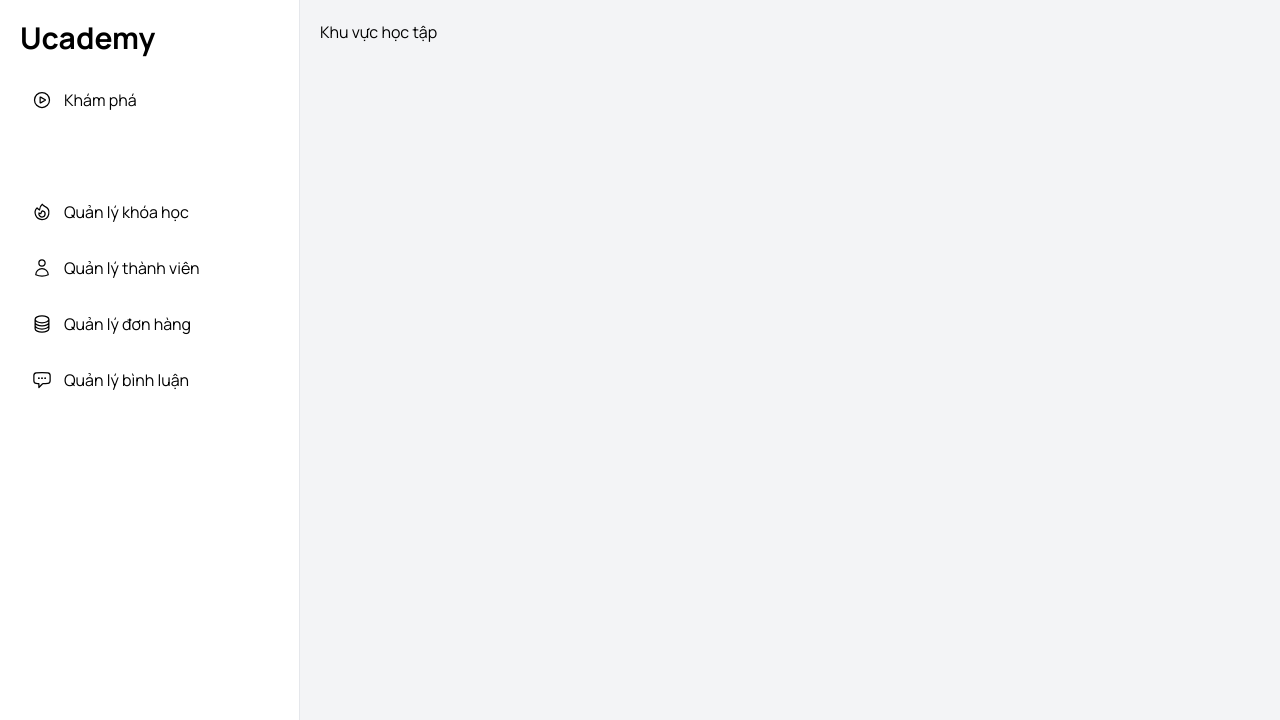
Repository: DatVoVN/E_learning
Page: /study
The author's editor kept a copy of each file at every save. The page is drawn from the files as they stood at one save, then again after the next save.
The browser window is 1280 px wide. The pictures show the whole page.
The project was rebuilt for these pictures with package versions that can differ from the ones it lists, and the page was loaded fresh each time. Some packages were replaced by stand-ins written for this rebuild. The framework's server and built-in components were replaced by stand-ins that run in the browser. Also part of the build but not shown: next.config.ts, src/components/icons/IconStar.tsx, src/components/icons/IconEye.tsx, src/components/icons/IconClock.tsx.

Above is the page before, as saved 2025-02-26 10:28:43.

### src/app/layout.tsx
import type { Metadata } from 'next';
import './globals.css';

import { manrope } from '@/utils';
import { ClerkProvider } from '@clerk/nextjs';

export const metadata: Metadata = {
  title: 'Create Next App',
  description: 'Generated by create next app',
};

export default function RootLayout({
  children,
}: Readonly<{
  children: React.ReactNode;
}>) {
  return (
    <ClerkProvider>
      <html lang="en">
        <body className={`${manrope.className}`}>{children}</body>
      </html>
    </ClerkProvider>
  );
}

### src/app/(dashboard)/layout.tsx
import Sidebar from '@/components/layout/Sidebar';
import React from 'react';

const layout = ({ children }: { children: React.ReactNode }) => {
  return (
    <div className="wrapper grid grid-cols-[300px,minmax(0,1fr)] h-screen">
      <Sidebar />
      <main className="p-5">{children}</main>
    </div>
  );
};

export default layout;

### src/app/(dashboard)/study/page.tsx
import React from 'react';

const page = () => {
  return <div>Khu vực học tập</div>;
};

export default page;

### src/app/globals.css
@tailwind base;
@tailwind components;
@tailwind utilities;
@layer base {
  body {
    @apply bg-gray-100;
  }
}
@layer components {
  .svg-animate {
    stroke-dashoffset: 100;
    stroke-dasharray: 100;
    animation: dash 7s linear forwards;
  }
  @keyframes dash {
    to {
      stroke-dashoffset: 0;
    }
  }
}

### src/utils/index.ts
import { Manrope } from "next/font/google";

const manrope = Manrope({subsets: ["latin"], variable: "--font-manrope"})
export {
    manrope
}

### src/components/layout/Sidebar.tsx
import React from 'react';
import { MenuItems } from '@/constants';
import Link from 'next/link';
import ActiveLink from '../common/ActiveLink';
import { TMenuItem } from '../types';

const Sidebar = () => {
  return (
    <div className="p-5 border-r border-r-gray-200 bg-white">
      <Link href="/" className="font-bold text-3xl inline-block mb-5">
        <span className="text-primary">U</span>
        cademy
      </Link>
      <ul className="flex flex-col gap-2">
        {MenuItems.map((item, index) => (
          <MenuItem
            key={index}
            url={item.url}
            title={item.title}
            icon={item.icon}
          />
        ))}
      </ul>
    </div>
  );
};
function MenuItem({ url = '/', title = '', icon }: TMenuItem) {
  return (
    <ActiveLink url={url}>
      {icon} {title}
    </ActiveLink>
  );
}
export default Sidebar;

### src/constants/index.tsx
import {
  IconExplore,
  IconPlay,
  IconComment,
  IconOrder,
  IconStudy,
  IconUsers,
} from '@/components/icons';

import { TMenuItem } from '@/types';

export const MenuItems: TMenuItem[] = [
  {
    url: '/',
    title: 'Khám phá',
    icon: <IconPlay className="size-5" />,
  },
  {
    url: '/study',
    title: 'Khu vực học tập',
    icon: <IconStudy className="size-5" />,
  },
  {
    url: '/manager/course',
    title: 'Quản lý khóa học',
    icon: <IconExplore className="size-5" />,
  },
  {
    url: '/manager/member',
    title: 'Quản lý thành viên',
    icon: <IconUsers className="size-5" />,
  },
  {
    url: '/manager/order',
    title: 'Quản lý đơn hàng',
    icon: <IconOrder className="size-5" />,
  },
  {
    url: '/manager/comment',
    title: 'Quản lý bình luận',
    icon: <IconComment className="size-5" />,
  },
];

### src/components/common/ActiveLink.tsx
'use client';
import Link from 'next/link';
import { usePathname } from 'next/navigation';
import React from 'react';
import { TActiveLinkProps } from '../types';
const ActiveLink = ({ url, children }: TActiveLinkProps) => {
  const pathname = usePathname();
  const isActive = url === pathname;
  return (
    <Link
      href={url}
      className={`p-3 rounded-md flex items-center gap-3 transition-all ${isActive ? 'text-white bg-primary svg-animate' : ' hover:text-primary hover:bg-primary hover:bg-opacity-10'}`}
    >
      {children}
    </Link>
  );
};

export default ActiveLink;

### src/components/icons/index.tsx
export { default as IconExplore } from './IconExplore';
export { default as IconPlay } from './IconPlay';
export { default as IconComment } from './IconComment';
export { default as IconOrder } from './IconOrder';
export { default as IconStudy } from './IconStudy';
export { default as IconUsers } from './IconUsers';
export { default as IconStar } from './IconStar';
export { default as IconEye } from './IconEye';
export { default as IconClock } from './IconClock';

### src/components/icons/IconExplore.tsx
import React, { ComponentProps } from 'react'

const IconExplore = (props: ComponentProps<"svg">) => {
  return (
    <svg xmlns="http://www.w3.org/2000/svg" fill="none" viewBox="0 0 24 24" strokeWidth={1.5} stroke="currentColor" {...props}>
        <path strokeLinecap="round" strokeLinejoin="round" d="M15.362 5.214A8.252 8.252 0 0 1 12 21 8.25 8.25 0 0 1 6.038 7.047 8.287 8.287 0 0 0 9 9.601a8.983 8.983 0 0 1 3.361-6.867 8.21 8.21 0 0 0 3 2.48Z" />
        <path strokeLinecap="round" strokeLinejoin="round" d="M12 18a3.75 3.75 0 0 0 .495-7.468 5.99 5.99 0 0 0-1.925 3.547 5.975 5.975 0 0 1-2.133-1.001A3.75 3.75 0 0 0 12 18Z" />
    </svg>
  )
}

export default IconExplore

### src/components/icons/IconPlay.tsx
import React, { ComponentProps } from 'react'

const IconPlay = (props: ComponentProps<"svg">) => {
  return (
    <svg xmlns="http://www.w3.org/2000/svg" fill="none" viewBox="0 0 24 24" strokeWidth={1.5} stroke="currentColor" {...props}>
     <path strokeLinecap="round" strokeLinejoin="round" d="M21 12a9 9 0 1 1-18 0 9 9 0 0 1 18 0Z" />
     <path strokeLinecap="round" strokeLinejoin="round" d="M15.91 11.672a.375.375 0 0 1 0 .656l-5.603 3.113a.375.375 0 0 1-.557-.328V8.887c0-.286.307-.466.557-.327l5.603 3.112Z" />
    </svg>
  )
}

export default IconPlay

### src/components/icons/IconComment.tsx
import React, { ComponentProps } from 'react';

const IconComment = (props: ComponentProps<'svg'>) => {
  return (
    <svg
      xmlns="http://www.w3.org/2000/svg"
      fill="none"
      viewBox="0 0 24 24"
      strokeWidth="1.5"
      stroke="currentColor"
      {...props}
    >
      <path
        strokeLinecap="round"
        strokeLinejoin="round"
        d="M8.625 9.75a.375.375 0 1 1-.75 0 .375.375 0 0 1 .75 0Zm0 0H8.25m4.125 0a.375.375 0 1 1-.75 0 .375.375 0 0 1 .75 0Zm0 0H12m4.125 0a.375.375 0 1 1-.75 0 .375.375 0 0 1 .75 0Zm0 0h-.375m-13.5 3.01c0 1.6 1.123 2.994 2.707 3.227 1.087.16 2.185.283 3.293.369V21l4.184-4.183a1.14 1.14 0 0 1 .778-.332 48.294 48.294 0 0 0 5.83-.498c1.585-.233 2.708-1.626 2.708-3.228V6.741c0-1.602-1.123-2.995-2.707-3.228A48.394 48.394 0 0 0 12 3c-2.392 0-4.744.175-7.043.513C3.373 3.746 2.25 5.14 2.25 6.741v6.018Z"
      />
    </svg>
  );
};

export default IconComment;

### src/components/icons/IconOrder.tsx
import React, { ComponentProps } from 'react';

const IconOrder = (props: ComponentProps<'svg'>) => {
  return (
    <svg
      xmlns="http://www.w3.org/2000/svg"
      fill="none"
      viewBox="0 0 24 24"
      strokeWidth={1.5}
      stroke="currentColor"
      {...props}
    >
      <path
        strokeLinecap="round"
        strokeLinejoin="round"
        d="M20.25 6.375c0 2.278-3.694 4.125-8.25 4.125S3.75 8.653 3.75 6.375m16.5 0c0-2.278-3.694-4.125-8.25-4.125S3.75 4.097 3.75 6.375m16.5 0v11.25c0 2.278-3.694 4.125-8.25 4.125s-8.25-1.847-8.25-4.125V6.375m16.5 0v3.75m-16.5-3.75v3.75m16.5 0v3.75C20.25 16.153 16.556 18 12 18s-8.25-1.847-8.25-4.125v-3.75m16.5 0c0 2.278-3.694 4.125-8.25 4.125s-8.25-1.847-8.25-4.125"
      />
    </svg>
  );
};

export default IconOrder;

### src/components/icons/IconStudy.tsx
import React, { ComponentProps } from 'react';

const IconStudy = (props: ComponentProps<'svg'>) => {
  return (
    <svg
      xmlns="http://www.w3.org/2000/svg"
      fill="none"
      viewBox="0 0 24 24"
      strokeWidth="1.5"
      stroke="currentColor"
      {...props}
    >
      <path
        strokeLinecap="round"
        strokeLinejoin="round"
        d="M12 6.042A8.967 8.967 0 0 0 6 3.75c-1.052 0-2.062.18-3 .512v14.25A8.987 8.987 0 0 1 6 18c2.305 0 4.408.867 6 2.292m0-14.25a8.966 8.966 0 0 1 6-2.292c1.052 0 2.062.18 3 .512v14.25A8.987 8.987 0 0 0 18 18a8.967 8.967 0 0 0-6 2.292m0-14.25v14.25"
      />
    </svg>
  );
};

export default IconStudy;

### src/components/icons/IconUsers.tsx
import React, { ComponentProps } from 'react';

const IconUsers = (props: ComponentProps<'svg'>) => {
  return (
    <svg
      xmlns="http://www.w3.org/2000/svg"
      fill="none"
      viewBox="0 0 24 24"
      strokeWidth="1.5"
      stroke="currentColor"
      {...props}
    >
      <path
        strokeLinecap="round"
        strokeLinejoin="round"
        d="M15.75 6a3.75 3.75 0 1 1-7.5 0 3.75 3.75 0 0 1 7.5 0ZM4.501 20.118a7.5 7.5 0 0 1 14.998 0A17.933 17.933 0 0 1 12 21.75c-2.676 0-5.216-.584-7.499-1.632Z"
      />
    </svg>
  );
};

export default IconUsers;

### src/components/typography/Heading.tsx
import React from 'react';

const Heading = ({ children }: { children: React.ReactNode }) => {
  return <h1 className="text-3xl font-bold">{children}</h1>;
};

export default Heading;

Loaded but not shown: tailwind.config.ts (common file)

After the next save:
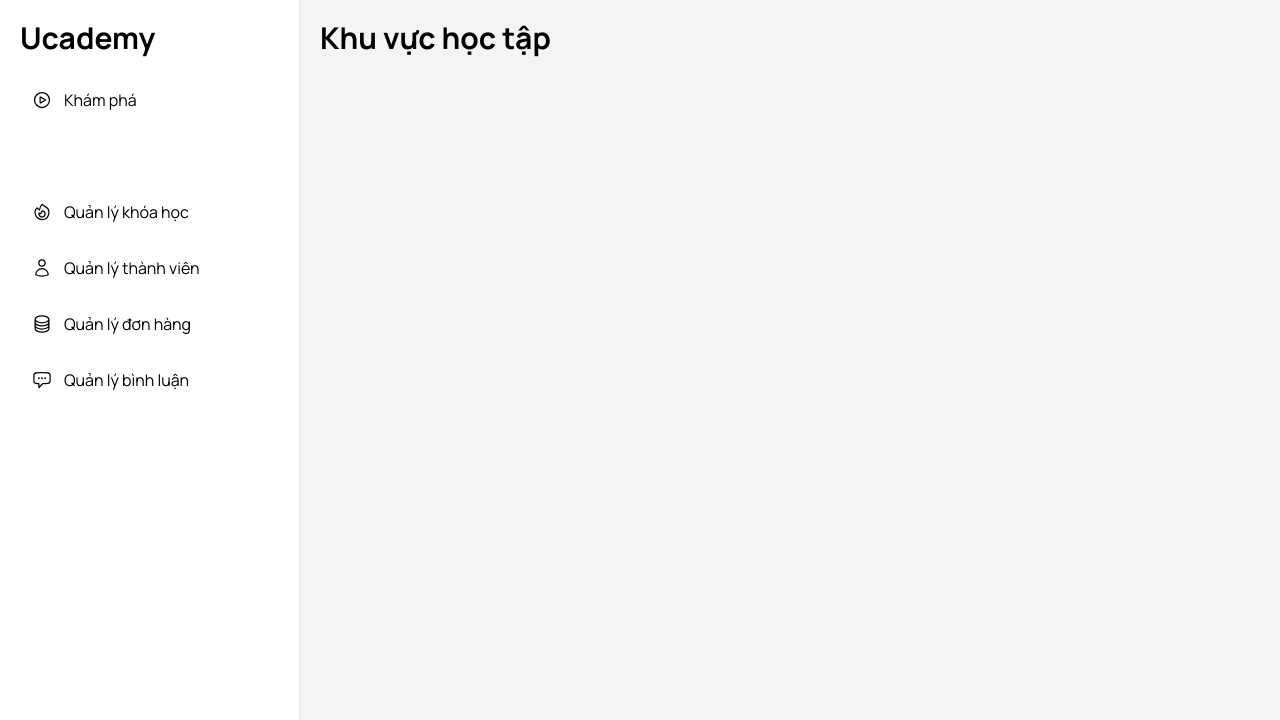
Saved 2 min 57 s later.
--- a/src/app/(dashboard)/study/page.tsx
+++ b/src/app/(dashboard)/study/page.tsx
@@ -1,7 +1,12 @@
+import Heading from '@/components/typography/Heading';
 import React from 'react';
 
 const page = () => {
-  return <div>Khu vực học tập</div>;
+  return (
+    <div>
+      <Heading>Khu vực học tập</Heading>
+    </div>
+  );
 };
 
 export default page;
